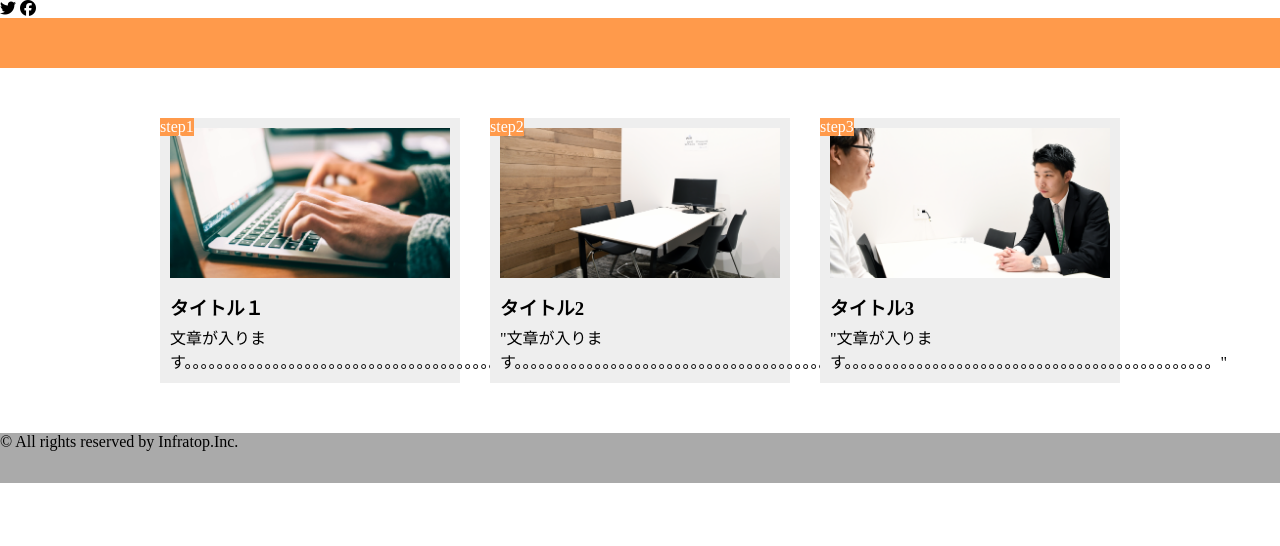
Repository: yymmyymm/review-sub1
Page: caravan2/index2.html
The author's editor kept a record of every edit. The page is drawn from the files as they stood at one moment, then again after the next edit.
The browser window is 1280 px wide. The pictures show the whole page.
Some web libraries are served in a nearby version.

Above is the page before.

After the next edit:
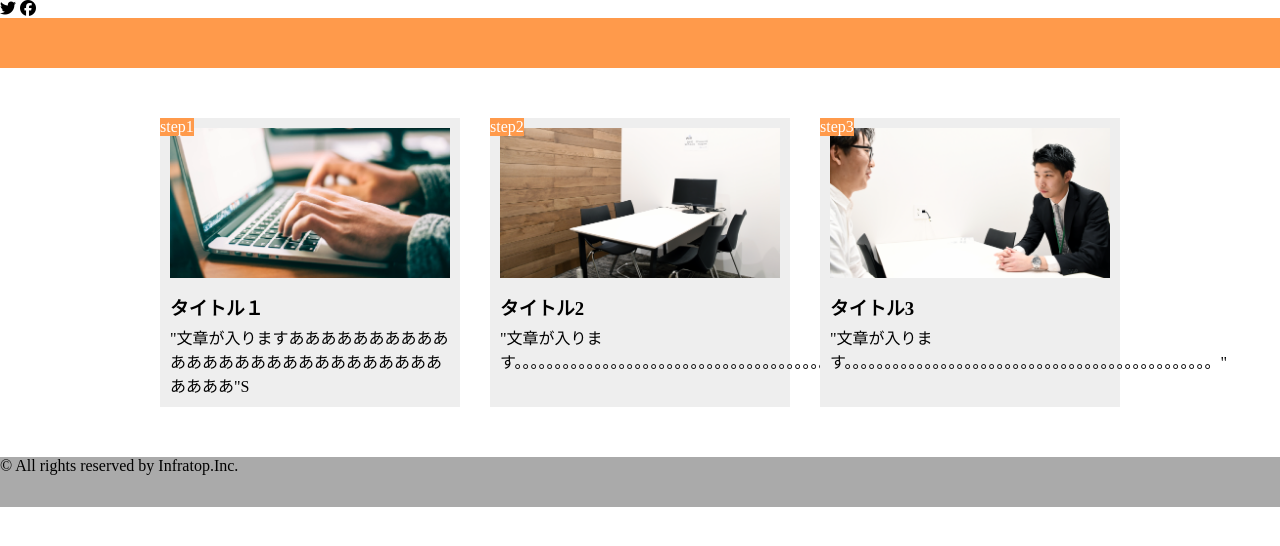
The edit:
--- a/caravan2/index2.html
+++ b/caravan2/index2.html
@@ -21,8 +21,8 @@
       <span class="step-num">step1</span>
       <h3 class="title">タイトル１</h3>
       <p class="text">
-        文章が入ります。。。。。。。。。。。。。。。。。。。。。。。。。。。。。。。。。。。。。。。。。。。。。。。。。
-      </p>
+        "文章が入りますあああああああああああああああああああああああああああああああ"S
+        </p>
     </div>
 
     <div class="step-box">
